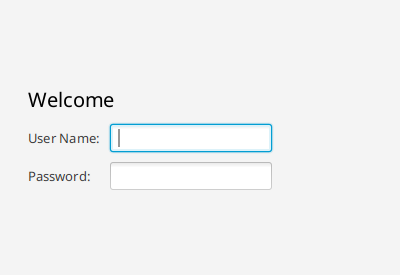
Repository: abdalimran/Java_Practices
Program's window: java JavaFX/01_JFX_Form/src/application/Main.java
An editor plug-in stored every save of this project. The program's window is shown before and after the next save, followed by the edit.
It runs on Java 21 on a 1366 x 768 screen with JavaFX 11; the title bar is not drawn.

Above is the program's window before, as saved 2015-09-08 19:24:42.

After the next save:
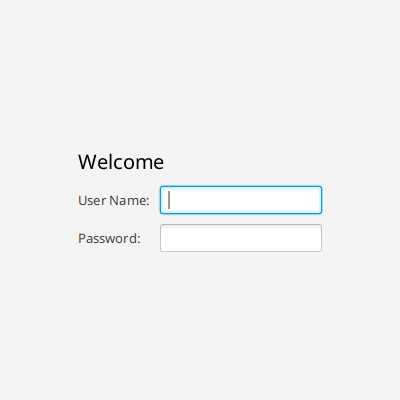
Saved 16 s later.
--- a/JavaFX/01_JFX_Form/src/application/Main.java
+++ b/JavaFX/01_JFX_Form/src/application/Main.java
@@ -42,7 +42,7 @@
 		PasswordField pwBox = new PasswordField();
 		grid.add(pwBox, 1, 2);
 
-		Scene scene = new Scene(grid, 300, 275);
+		Scene scene = new Scene(grid, 400, 400);
 		primaryStage.setScene(scene);
 
 		primaryStage.setTitle("JFX Form");
